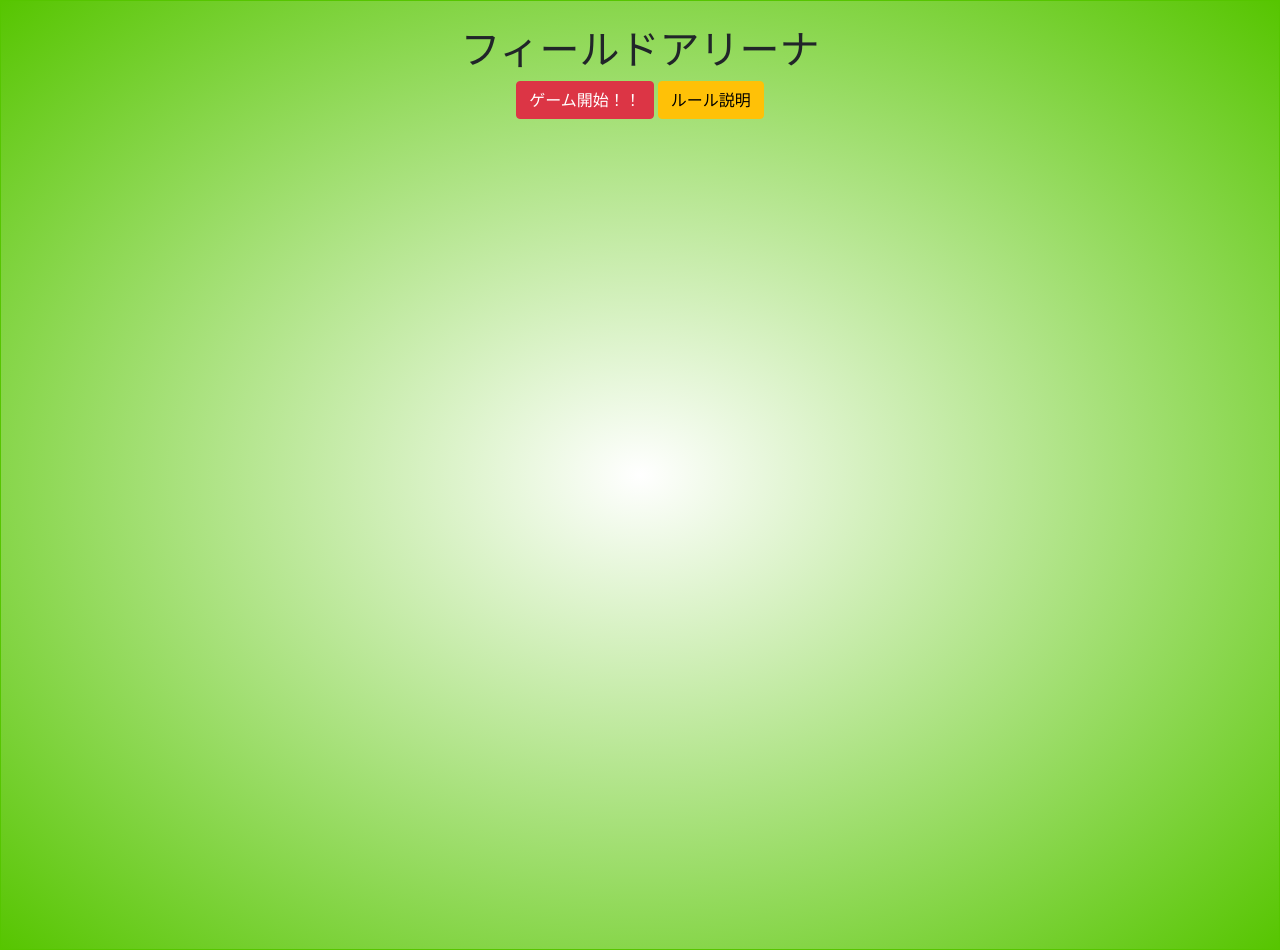
Repository: e1b21074/field_arena
Page: .log/field_arena/src/main/resources/static/index.html
The author's editor kept a copy of each file at every save. The page is drawn from the files as they stood at one save, then again after the next save.
The browser window is 1280 px wide. The pictures show the whole page.

Above is the page before, as saved 2024-01-09 14:52:26.

### .log/field_arena/src/main/resources/static/index.html
<!DOCTYPE html>
<html lang="en">

<head>
  <meta charset="UTF-8">
  <meta name="viewport" content="width=device-width, initial-scale=1.0">
  <!-- bootstrap CSS -->
  <link href="https://cdn.jsdelivr.net/npm/bootstrap@5.0.2/dist/css/bootstrap.min.css" rel="stylesheet"
    integrity="sha384-EVSTQN3/azprG1Anm3QDgpJLIm9Nao0Yz1ztcQTwFspd3yD65VohhpuuCOmLASjC" crossorigin="anonymous">

  <title>カードゲーム</title>

  <style>
    .gradient {
      background:radial-gradient(#fff, #56C500);
      height: 950px;
      border: 1px solid #56C500;
  }
  </style>
</head>

<body class="gradient">
  <center>
    <div style="text-align: center;">
      <br>
      <h1>フィールドアリーナ</h1>
      <button type="button" class="btn btn-danger" onclick="location.href='/gamearea'">ゲーム開始！！</button>
      <button type="button" class="btn btn-warning" onclick="location.href='/rule'">ルール説明</button>
    </div>
  </center>

  <script src="https://cdn.jsdelivr.net/npm/bootstrap@5.0.2/dist/js/bootstrap.bundle.min.js"
    integrity="sha384-MrcW6ZMFYlzcLA8Nl+NtUVF0sA7MsXsP1UyJoMp4YLEuNSfAP+JcXn/tWtIaxVXM"
    crossorigin="anonymous"></script>
</body>

</html>

After the next save:
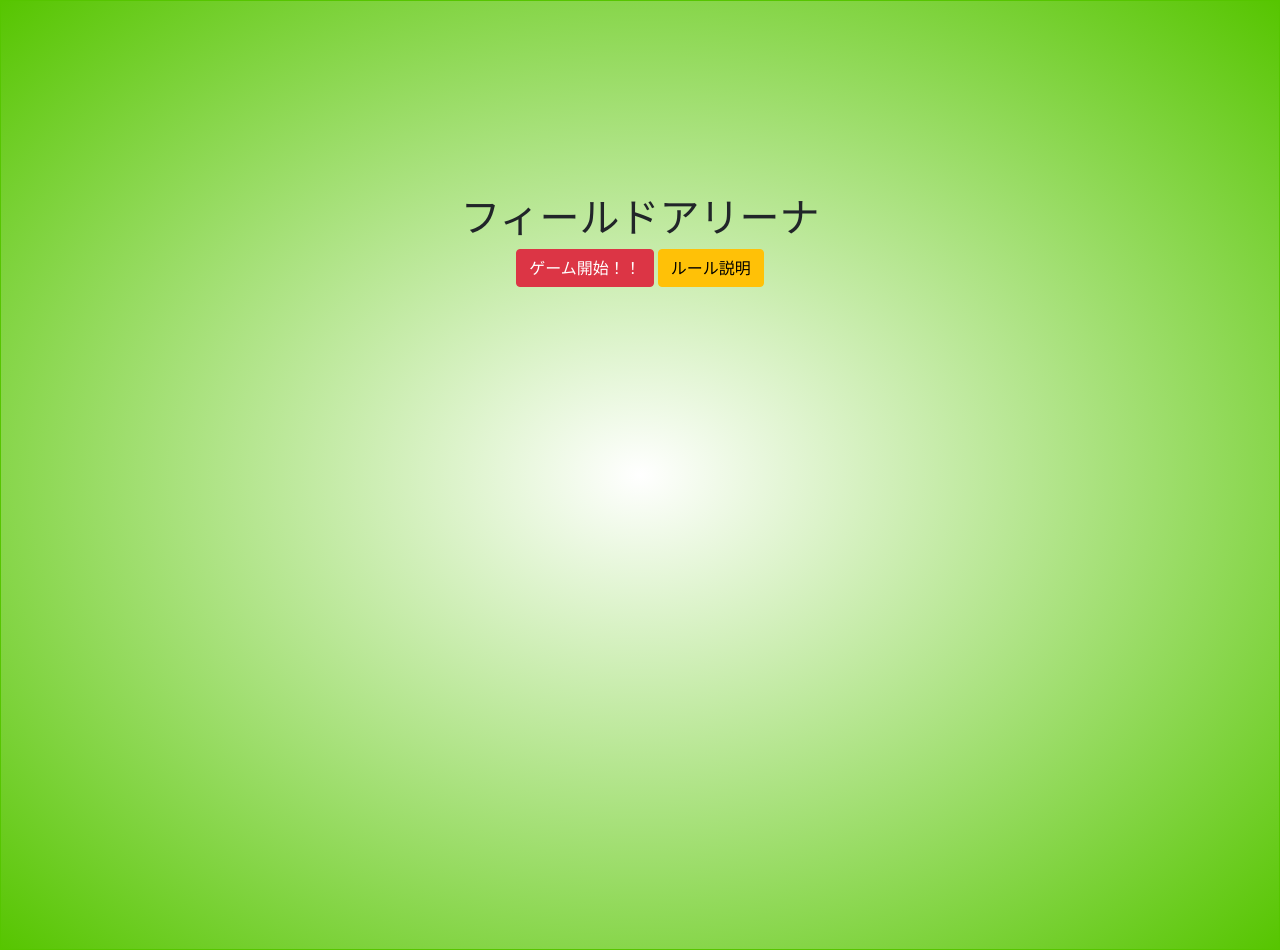
Saved 10 s later.
--- a/.log/field_arena/src/main/resources/static/index.html
+++ b/.log/field_arena/src/main/resources/static/index.html
@@ -23,6 +23,13 @@
   <center>
     <div style="text-align: center;">
       <br>
+      <br>
+      <br>
+      <br>
+      <br>
+      <br>
+      <br>
+      <br>
       <h1>フィールドアリーナ</h1>
       <button type="button" class="btn btn-danger" onclick="location.href='/gamearea'">ゲーム開始！！</button>
       <button type="button" class="btn btn-warning" onclick="location.href='/rule'">ルール説明</button>
